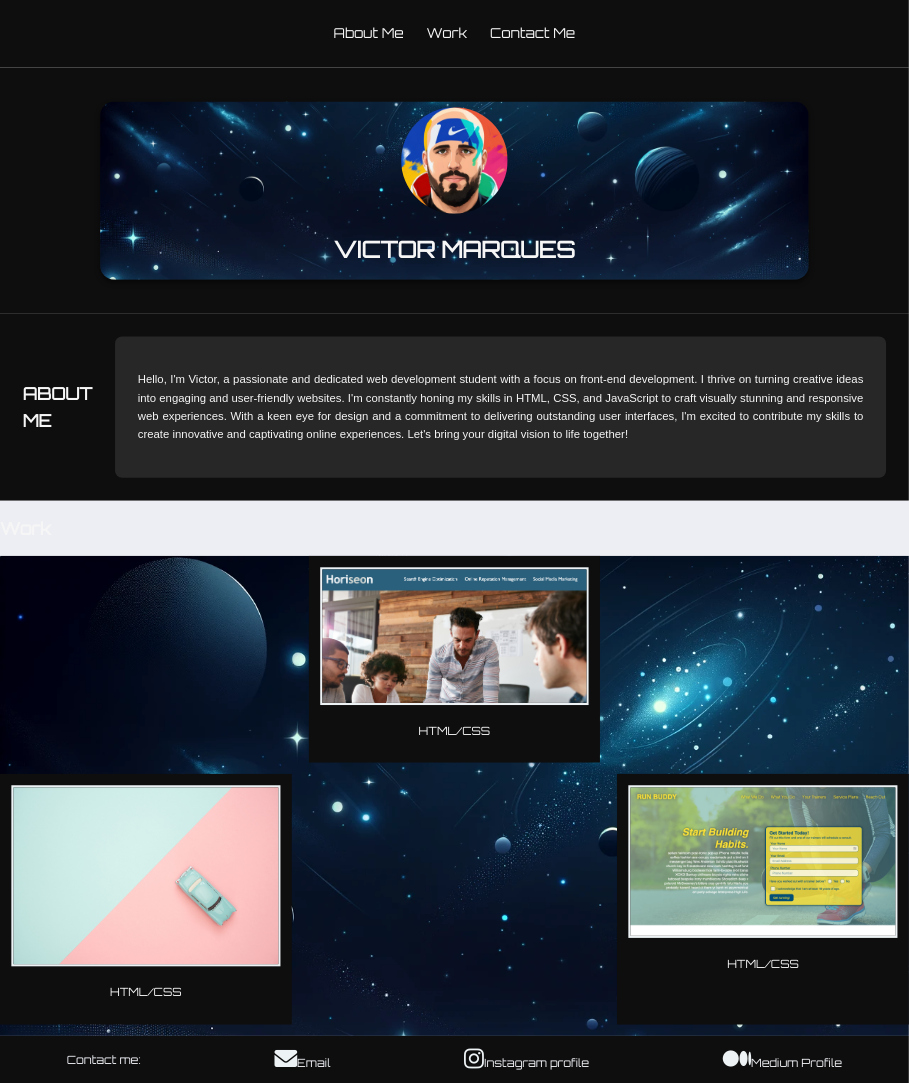
Repository: uvee35/Challenge2-Victor
Page: index.html
The author's editor kept a copy of each file at every save. The page is drawn from the files as they stood at one save, then again after the next save.
The browser window is 1280 px wide. The pictures show the whole page, at 71% of full size.

Above is the page before, as saved 2023-12-12 22:26:58.

After the next save:
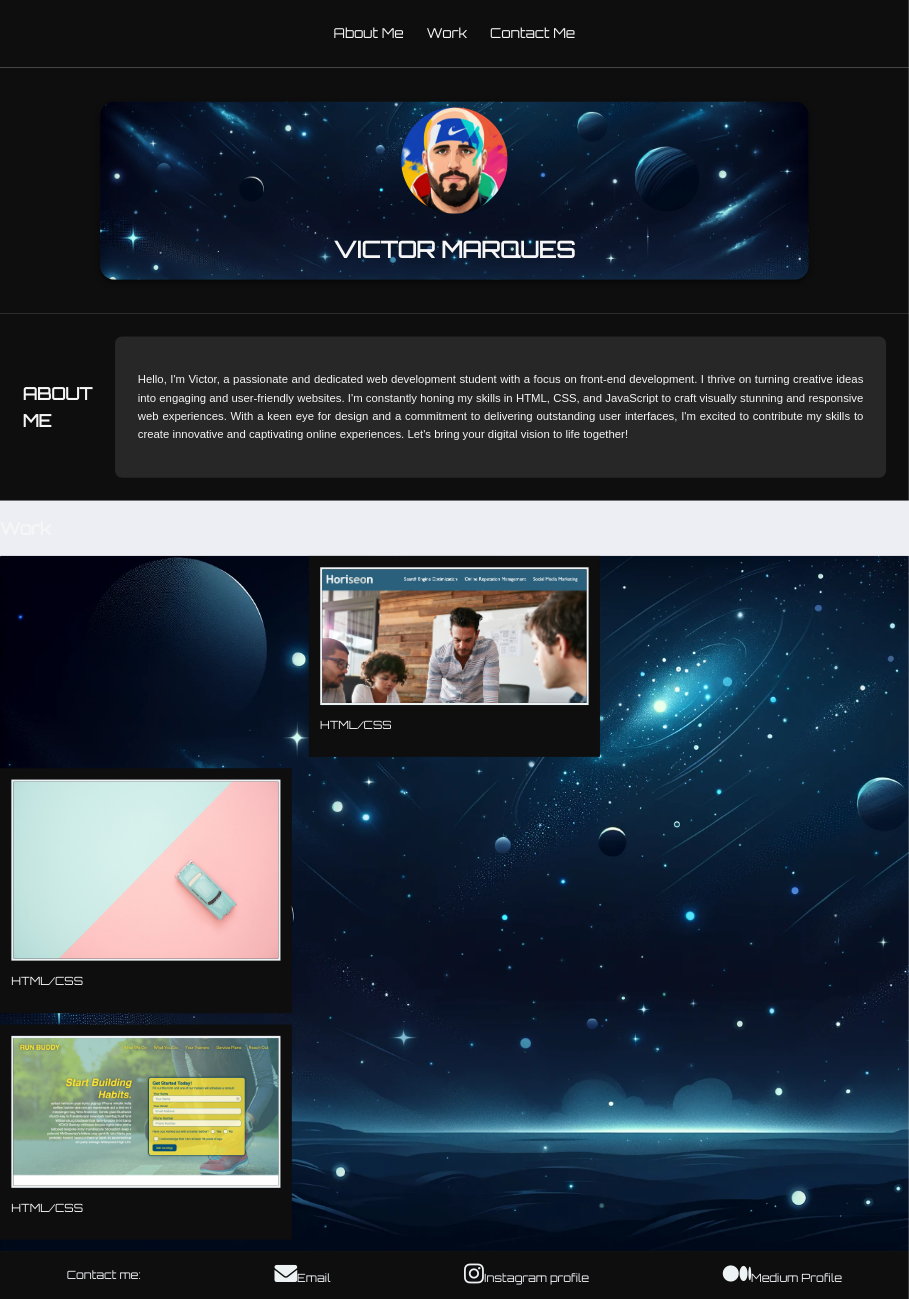
Saved 19 s later.
--- a/assets/style.css
+++ b/assets/style.css
@@ -195,22 +195,6 @@
 }
 
 
-.project--featured {
-  grid-column: 1 / -1; /* Make the featured project span full width */
-}
-
-
-.project-row {
-  display: flex;
-  justify-content: space-between;
-  width: 100%;
-
-}
-
-.project-description {
-  text-align: center;
-  padding-top: 0.5rem; /* Space between image and description text */
-}
 
 @media (max-width: 768px) {
   .work__projects {

After the save that followed:
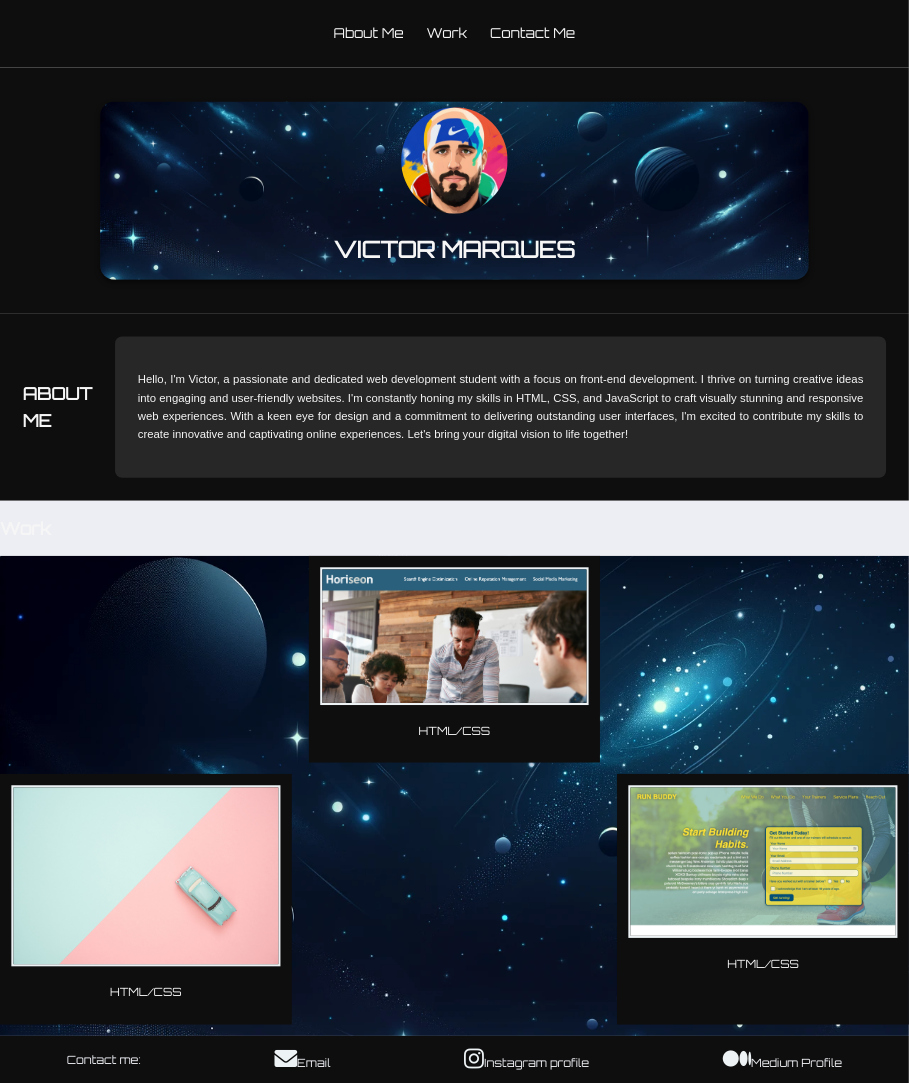
Saved 6 s later.
--- a/assets/style.css
+++ b/assets/style.css
@@ -165,6 +165,23 @@
   gap: 1rem;
   background-image: url(../assets/background.png);
 }
+.project--featured {
+  grid-column: 1 / -1; /* Make the featured project span full width */
+}
+
+
+.project-row {
+  display: flex;
+  justify-content: space-between;
+  width: 100%;
+
+}
+
+.project-description {
+  text-align: center;
+  padding-top: 0.5rem; /* Space between image and description text */
+}
+
 
 .footer {
   background-color: var(--secondary-color);
